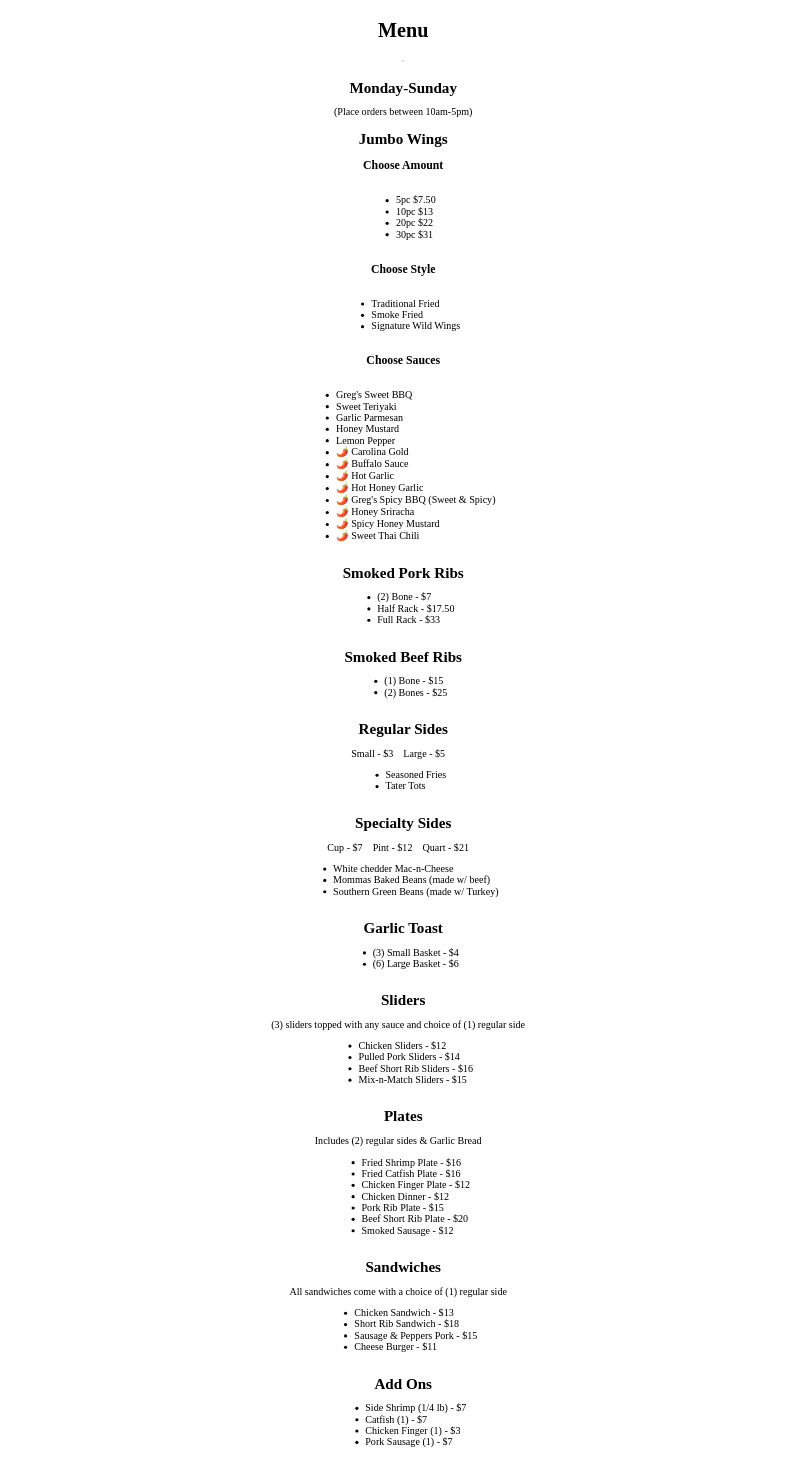
Repository: dukedward/smokehousemenu
Page: index.html
The author's editor kept a copy of each file at every save. The page is drawn from the files as they stood at one save, then again after the next save.
The browser window is 1280 px wide. The pictures show the whole page, at 63% of full size.

Above is the page before, as saved 2023-02-28 14:05:13.

After the next save:
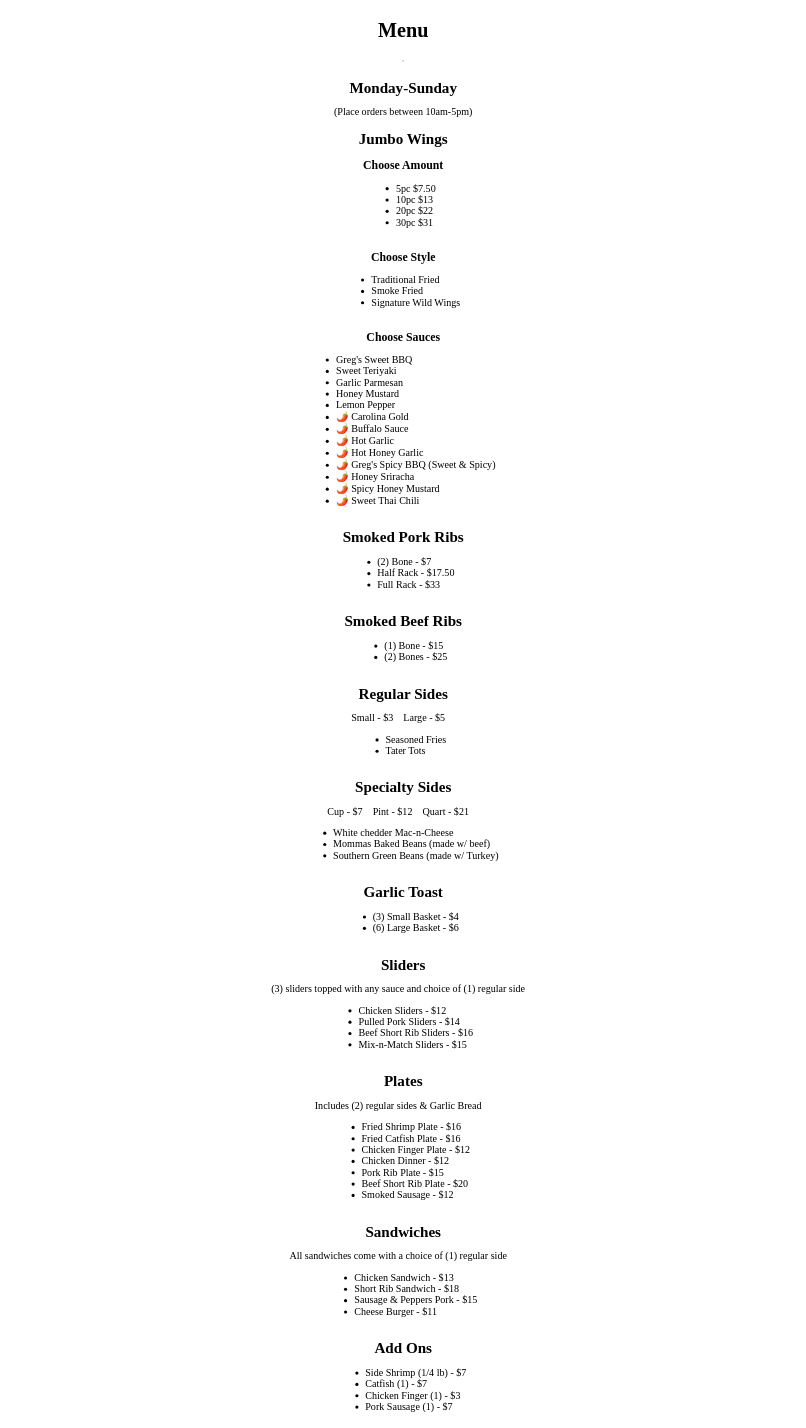
Saved 14 s later.
--- a/style.css
+++ b/style.css
@@ -28,7 +28,7 @@
 	align-items: center;
 }
 
-.sect h2 {
+.sect h2,h3 {
     margin-bottom: 0;
 }
 
